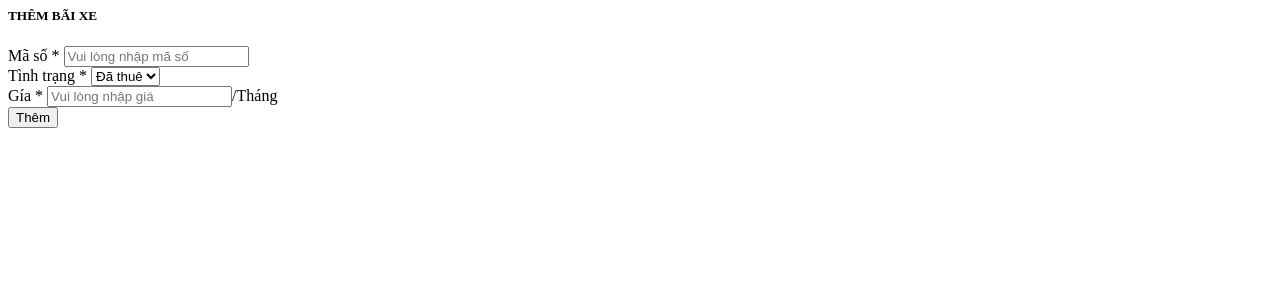
Repository: NguyenChienThangB1910143/QL_ChungCy
Page: http://localhost/baixe/them
The author's editor kept a copy of each file at every save. The page is drawn from the files as they stood at one save, then again after the next save.
The browser window is 1280 px wide. The pictures show the whole page.
The page is served by the project's Laravel application, run on PHP 8.4 with Laravel 10. The first stored user is signed in. Other server files are loaded and not shown. The database holds what the project's SQL file puts in it.

Above is the page before, as saved 2023-08-22 19:22:48.

### routes/web.php
<?php
use App\Http\Controllers\Auth\LogoutController;
use App\Http\Controllers\Auth\LoginController;
use App\Http\Controllers\BaiXeController;
use App\Http\Controllers\HomeController;
use App\Http\Controllers\PhongController;
use App\Http\Controllers\ThongKeController;
use App\Http\Controllers\TaiKhoanController;
use App\Http\Controllers\TangController;
use Illuminate\Support\Facades\Route;

/*
|--------------------------------------------------------------------------
| Web Routes
|--------------------------------------------------------------------------
|
| Here is where you can register web routes for your application. These
| routes are loaded by the RouteServiceProvider and all of them will
| be assigned to the "web" middleware group. Make something great!
|
*/

Route::get('/', function () {
    return view('chungcu');
});
//router login
Route::get('/login', [LoginController::class, 'getLogin'])->name('login');;
Route::post('/login', [LoginController::class, 'postLogin'])->name('post-login');
Route::any('/forgotpassword', [LoginController::class, 'forgotpassword'])->name('forgot-password');
Route::group(['middleware' => 'auth'], function () {
    // router home
    Route::get('/', [HomeController::class, 'index'])->name('home');
    Route::get('/logout', [LogoutController::class, 'getLogout'])->name('logout');
    //phong
    Route::get('/phong', [PhongController::class, 'index'])->name('phong');
    Route::get('/phong/them', [PhongController::class, 'them'])->name('phong-them');
    Route::post('/phong/them', [PhongController::class, 'store'])->name('phong-store');
    Route::get('/phong/chinhsua/{id_phong}', [PhongController::class, 'chinhsua'])->name('phong-chinhsua');
    Route::post('/phong/update/{id_phong}', [PhongController::class, 'update'])->name('phong-update');
    // hop dong
    Route::get('/hopdong', [HopDongController::class, 'index'])->name('hopdong');
    // Tang
    Route::get('/tang', [TangController::class, 'index'])->name('tang');
    Route::get('/tang/them', [TangController::class, 'them'])->name('tang-them');
    Route::post('/tang/them', [TangController::class, 'store'])->name('tang-store');
    Route::get('/tang/chinhsua/{id_tang}', [TangController::class, 'chinhsua'])->name('tang-chinhsua');
    Route::post('/tang/update/{id_tang}', [TangController::class, 'update'])->name('tang-update');
    // tai khoan
    Route::get('/taikhoan', [TaiKhoanController::class, 'index'])->name('taikhoan');
    // thong ke
    Route::get('/thongke', [ThongKeController::class, 'index'])->name('thongke');
    // bai xe
    Route::get('/baixe', [BaiXeController::class, 'index'])->name('baixe');
    Route::get('/baixe/them', [BaiXeController::class, 'them'])->name('baixe-them');
    Route::post('/baixe/them', [BaiXeController::class, 'store'])->name('baixe-store');
    Route::get('/baixe/chinhsua/{id_baixe}', [BaiXeController::class, 'chinhsua'])->name('baixe-chinhsua');
    Route::post('/baixe/update/{id_baixe}', [BaiXeController::class, 'update'])->name('baixe-update');
});

### app/Models/User.php
<?php

namespace App\Models;

// use Illuminate\Contracts\Auth\MustVerifyEmail;
use Illuminate\Database\Eloquent\Factories\HasFactory;
use Illuminate\Foundation\Auth\User as Authenticatable;
use Illuminate\Notifications\Notifiable;
use Laravel\Sanctum\HasApiTokens;

class User extends Authenticatable
{
    use HasApiTokens, HasFactory, Notifiable;

    protected $table = 'users';


    protected $primarykey = 'id';

    protected $fillable = [
        'name',
        'ngaysinh',
        'email',
        'sdt',
        'password',
        'quyen',
        'STK'
    ];

    public $timestamps = true;

    /**
     * The attributes that should be cast to native types.
     *
     * @var array
     */

    public function setPasswordAttribute($value)
    {
        $this->attributes['password'] = bcrypt($value);
    }
}

### app/Http/Controllers/BaiXeController.php
<?php

namespace App\Http\Controllers;

use App\Http\Controllers\Controller;
use Illuminate\Http\Request;
use App\Models\BaiXe;
use Session;
class BaiXeController extends Controller
{
    public function index()
    {
        $title = 'Bãi xe';
        $breadcrumbs = [
            [
                'name' => 'Bãi xe',
                'link' => './baixe'
            ]
        ];
        $baixe = BaiXe::paginate(5);
        return view('baixe/baixe', compact('title', 'baixe', 'breadcrumbs'));
    }
    public function them()
    {
        $title = 'Bãi Xe';
        $breadcrumbs = [
            [
                'name' => 'Bãi Xe',
                'link' => './'
            ], [
                'name' => 'Thêm',
                'link' => './them'
            ]
        ];
        return view('baixe/them', compact('title', 'breadcrumbs'));
    }
    public function store(Request $request)
    {
        $addbaixe = new BaiXe();
        $addbaixe->tinhtrang= $request->input('tinhtrang');
        $addbaixe->gia= $request->input('gia');

        $addbaixe->save();

        return redirect()->route('baixe')->with('success', 'Thêm thành công');
    }
    public function chinhsua(Request $request)
    {
        $title = 'Bãi Xe';
        $breadcrumbs = [
            [
                'name' => 'Bãi Xe',
                'link' => '../'
            ], [
                'name' => 'Chỉnh sửa',
                'link' => './' . $request->id_baixe
            ]
        ];
        // dd($request);
        $suabaixe = BaiXe::where('id_baixe', $request->baixe)->get();

        return view('baixe/chinhsua', compact('title', 'suabaixe', 'breadcrumbs'));
    }

    public function update(Request $request)
    {
        // dd($request);
        $suabaixe = BaiXe::where('id_baixe', $request->id_baixe)->update([
            'id_baixe'=>$request->id_baixe,
            'tinhtrang' => $request->tinhtrang,
            'gia' => $request->gia
        ]);
        if ($suabaixe) {
            Session::flash('success', 'Cập nhật thành công.');
            return response()->json(['status' => 'success', 'message' => 'Cập nhật thành công.']);
        }

        return redirect()->route('baixe')->with('success', 'Sửa không thành công, không được chỉnh sửa mã tầng');
    }
}

### resources/views/baixe/them.blade.php
<!-- Content -->
<div class="container col-md-auto mt-2">
    <div class="alert alert-primary">
        @csrf
        <div class="row">
            <h5 class="text-center" id="side12">THÊM BÃI XE</h5>
        </div>
        <div class="mb-3">
            <label class="form-label">Mã số
                <span id="colorIcon">*</span>
            </label>
            <input required class="form-control" type="text" name="ms" placeholder="Vui lòng nhập mã số">
        </div>
        <div class="mb-3">
            <label class="form-label">Tình trạng
                <span id="colorIcon">*</span>
            </label>
            <select style="cursor: pointer;" class="form-control" aria-label="Default select example" id="tinhtrang" name="tinhtrang">
                <option value="1">Đã thuê</option>
                <option value="0">Trống</option>
            </select>
        </div>
        <div class="mb-3">
            <label class="form-label">Gía
                <span id="colorIcon">*</span>
            </label>
            <input required class="form-control" type="text" name="gia" placeholder="Vui lòng nhập giá">/Tháng
        </div>
        <div class="row justify-content-center">
            <button type="submit" class="btn btn-success col-md-5" id="side123">Thêm</button>
        </div>
    </div>
</div>

### chungcutest.sql (the tables this page reads)
CREATE TABLE `users` (
  `id` int(11) NOT NULL,
  `name` varchar(255) NOT NULL,
  `ngaysinh` date DEFAULT NULL,
  `email` varchar(255) NOT NULL,
  `sdt` varchar(20) NOT NULL,
  `password` varchar(255) NOT NULL,
  `quyen` int(11) NOT NULL,
  `STK` varchar(255) NOT NULL,
  `trangthai` int(11) DEFAULT NULL,
  `created_at` timestamp NULL DEFAULT NULL,
  `updated_at` timestamp NULL DEFAULT NULL
) ENGINE=InnoDB DEFAULT CHARSET=utf8mb4 COLLATE=utf8mb4_general_ci;

INSERT INTO `users` (`id`, `name`, `ngaysinh`, `email`, `sdt`, `password`, `quyen`, `STK`, `trangthai`, `created_at`, `updated_at`) VALUES
(1, 'Nguyen Chien Thang', '2001-03-26', 'nguyenchienthang2632001@gmail.com', '0582427509', '$2y$10$SxP62ScawJ1/0p5Z1a.abuD/SD6Jx6i3fLJ7hGurI5XMRNDW/E402', 0, '6546545466', 1, NULL, '2023-11-27 04:43:20'),
(6, 'Nguyen Van A', '2023-12-08', 'a@gmail.com', '0545154815', '$2y$10$886oVFZFLkfpyjHaJsEDcOHqhUWV8BBoecl2p44Z5ZqfF5W31yTzK', 2, '165512185151', 1, '2023-12-08 00:41:54', '2023-12-08 00:41:54');

ALTER TABLE `users`
  ADD PRIMARY KEY (`id`);

ALTER TABLE `users`
  MODIFY `id` int(11) NOT NULL AUTO_INCREMENT, AUTO_INCREMENT=7;

Loaded but not shown: app/Providers/AppServiceProvider.php (common file); app/Http/Controllers/Controller.php (common file)

After the next save:
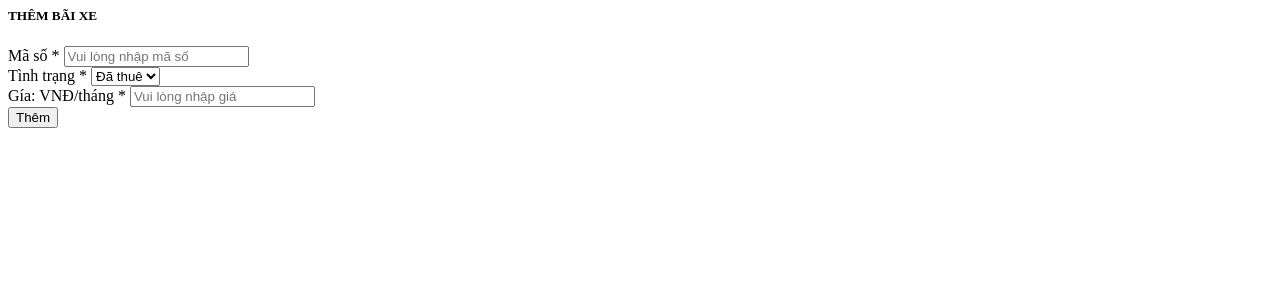
Saved 114 s later.
--- a/resources/views/baixe/them.blade.php
+++ b/resources/views/baixe/them.blade.php
@@ -21,10 +21,10 @@
             </select>
         </div>
         <div class="mb-3">
-            <label class="form-label">Gía
+            <label class="form-label">Gía: VNĐ/tháng
                 <span id="colorIcon">*</span>
             </label>
-            <input required class="form-control" type="text" name="gia" placeholder="Vui lòng nhập giá">/Tháng
+            <input required class="form-control" type="text" name="gia" placeholder="Vui lòng nhập giá">
         </div>
         <div class="row justify-content-center">
             <button type="submit" class="btn btn-success col-md-5" id="side123">Thêm</button>
